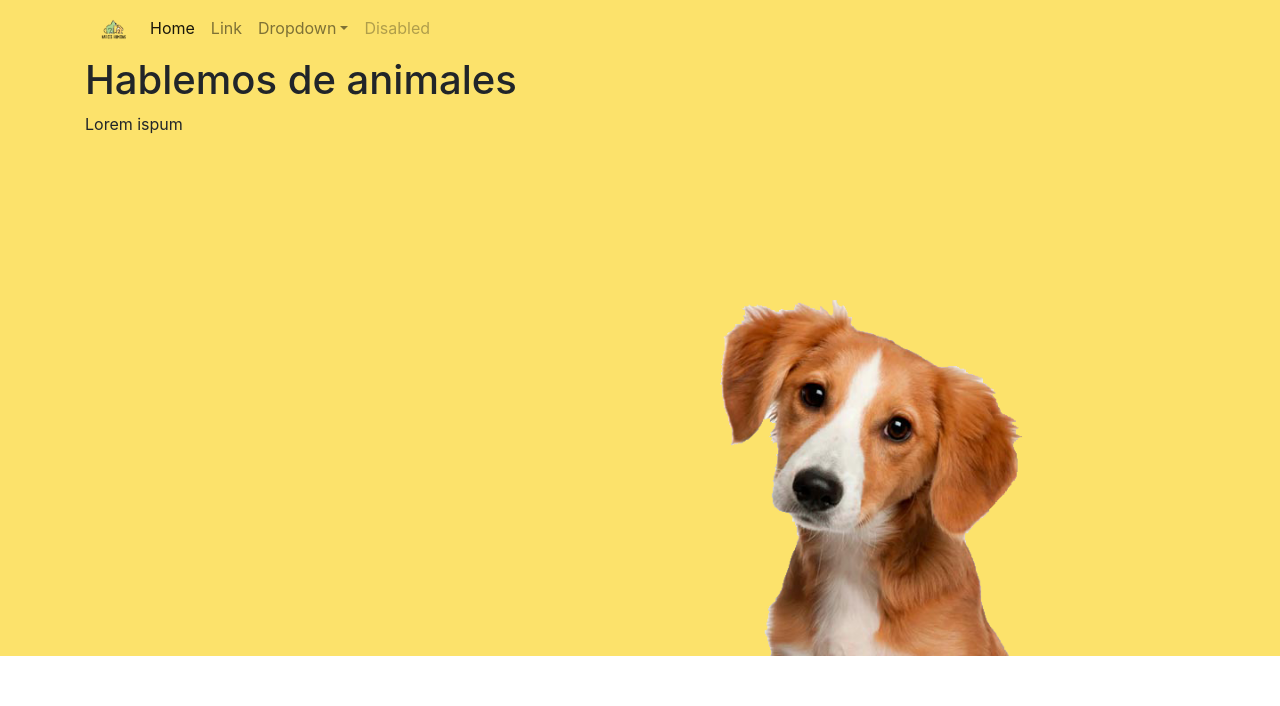
Repository: conceptorobledo/narices-react-website
Page: /
An editor plug-in stored every save of this project. The page is shown before and after the next save, followed by the edit.
The browser window is 1280 px wide. The pictures show the whole page.
The project was rebuilt for these pictures with package versions that can differ from the ones it lists, and the page was loaded fresh each time. Imported but missing from the stored project, and not drawn on this page: src/components/Logo.

Above is the page before, as saved 2018-11-04 13:00:38.

After the next save:
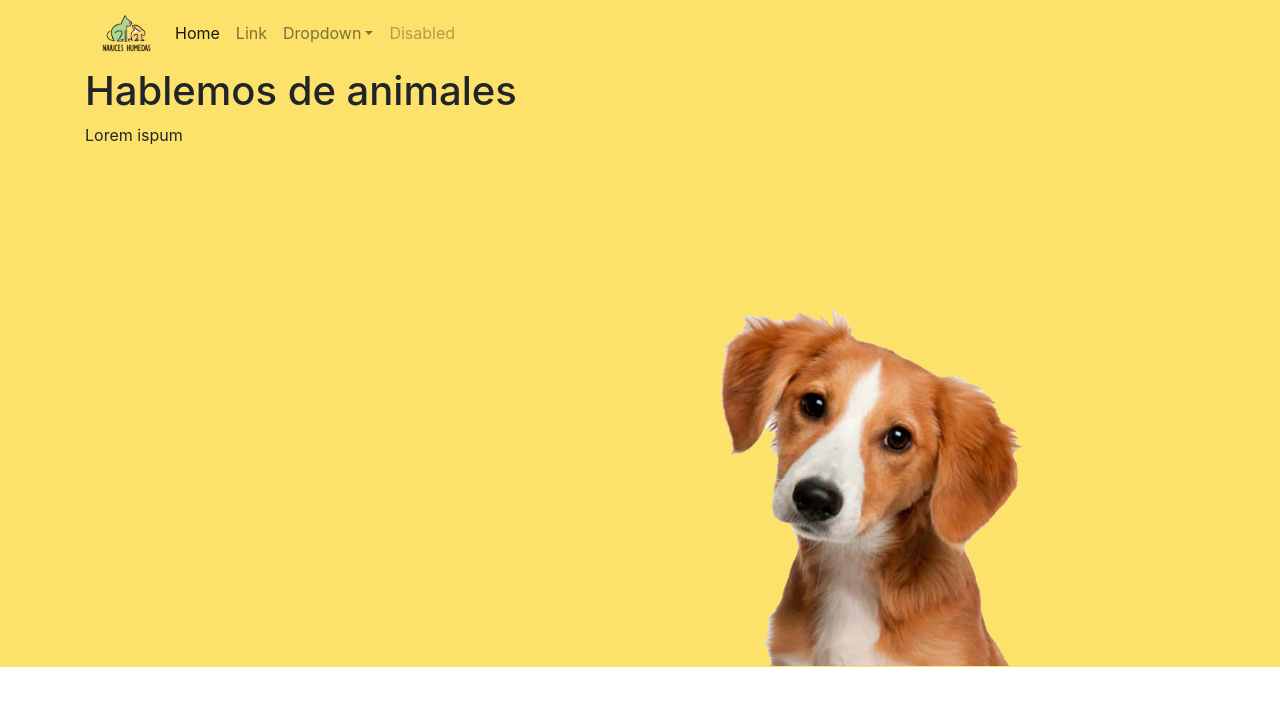
Saved 7 s later.
--- a/src/components/Navigation/Navbar.css
+++ b/src/components/Navigation/Navbar.css
@@ -1,3 +1,3 @@
 .navbar-brand img {
-    width:25px;
+    width:50px;
 }
